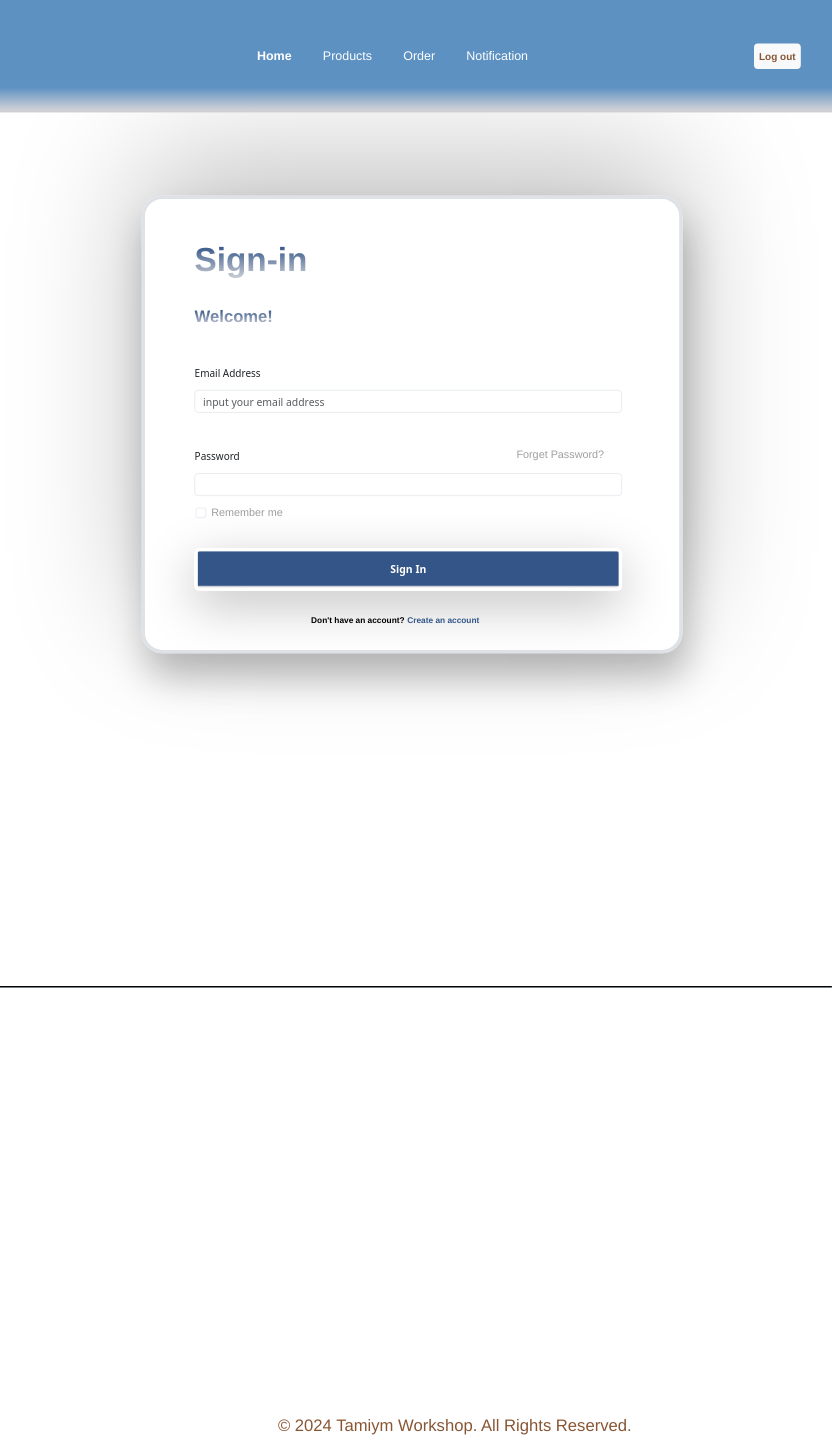
Repository: OVictor21/inventory
Page: /
The author's editor kept a copy of each file at every save. The page is drawn from the files as they stood at one save, then again after a run of saves.
The browser window is 1280 px wide. The pictures show the whole page, at 65% of full size.
The project was rebuilt for these pictures with package versions that can differ from the ones it lists, and the page was loaded fresh each time.

Above is the page before, as saved 2024-12-14 09:46:58.

After the next 3 saves:
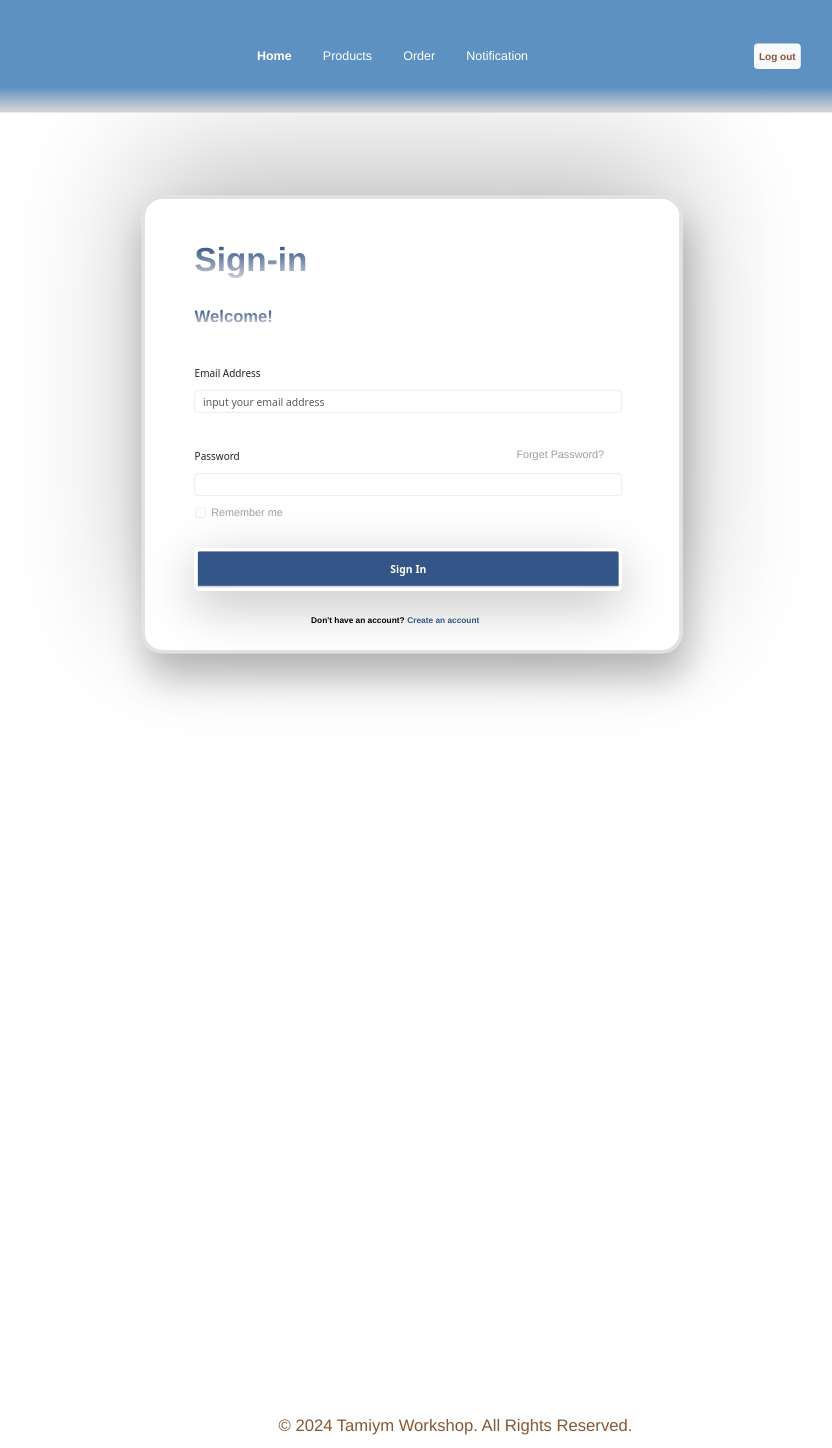
The 3 saves are shown as one change because they came seconds apart.
The last was saved 19 s later.
--- a/src/index.css
+++ b/src/index.css
@@ -195,7 +195,7 @@
   width: 100%;
   height: 5%;
   top: 50vw;
-  border: 1px solid black;
+  border-box: 1px solid black;
 
 }
 

After the save that followed:
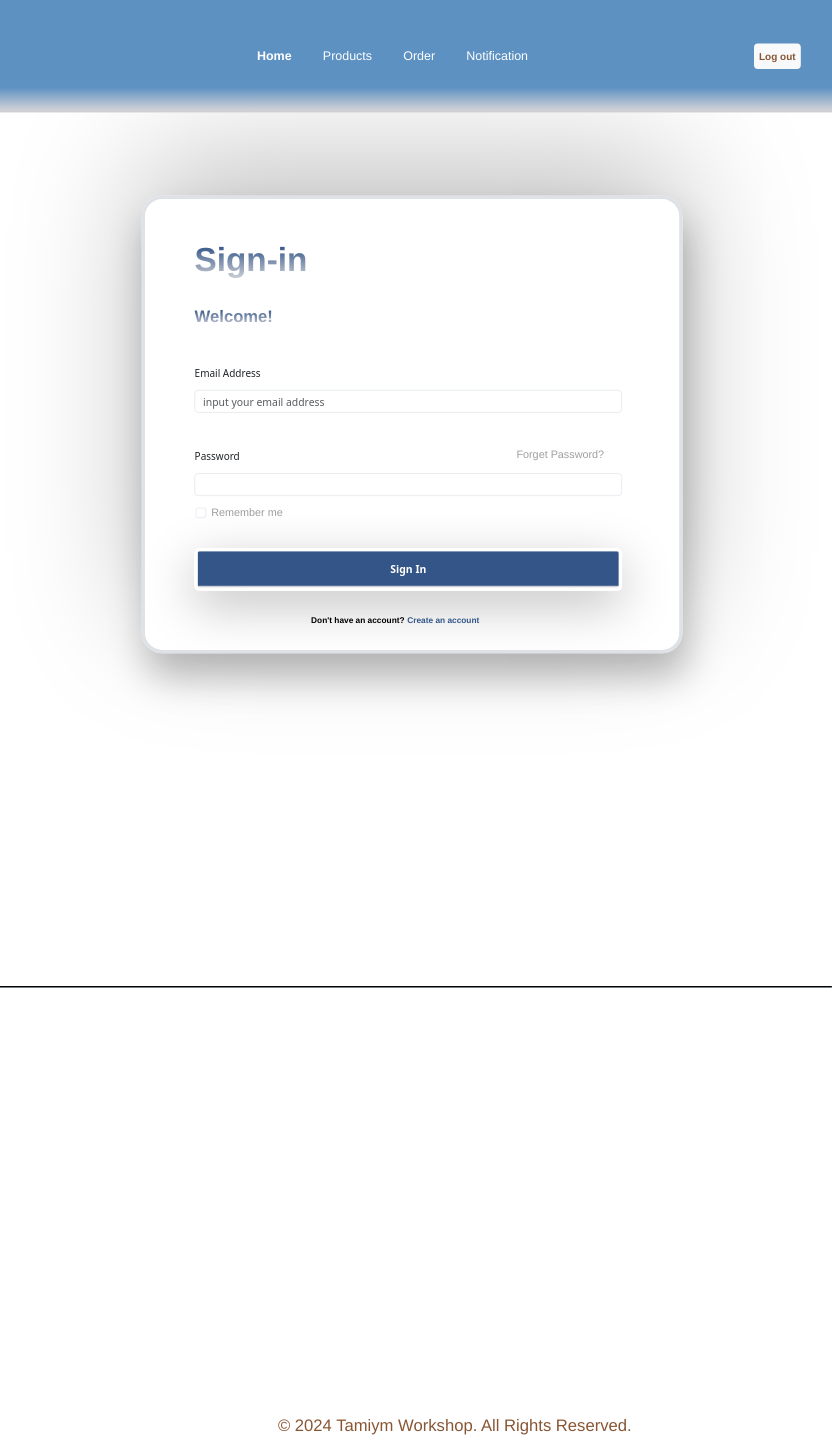
Saved 9 s later.
--- a/src/index.css
+++ b/src/index.css
@@ -195,7 +195,7 @@
   width: 100%;
   height: 5%;
   top: 50vw;
-  border-box: 1px solid black;
+  border: 1px solid black;
 
 }
 
